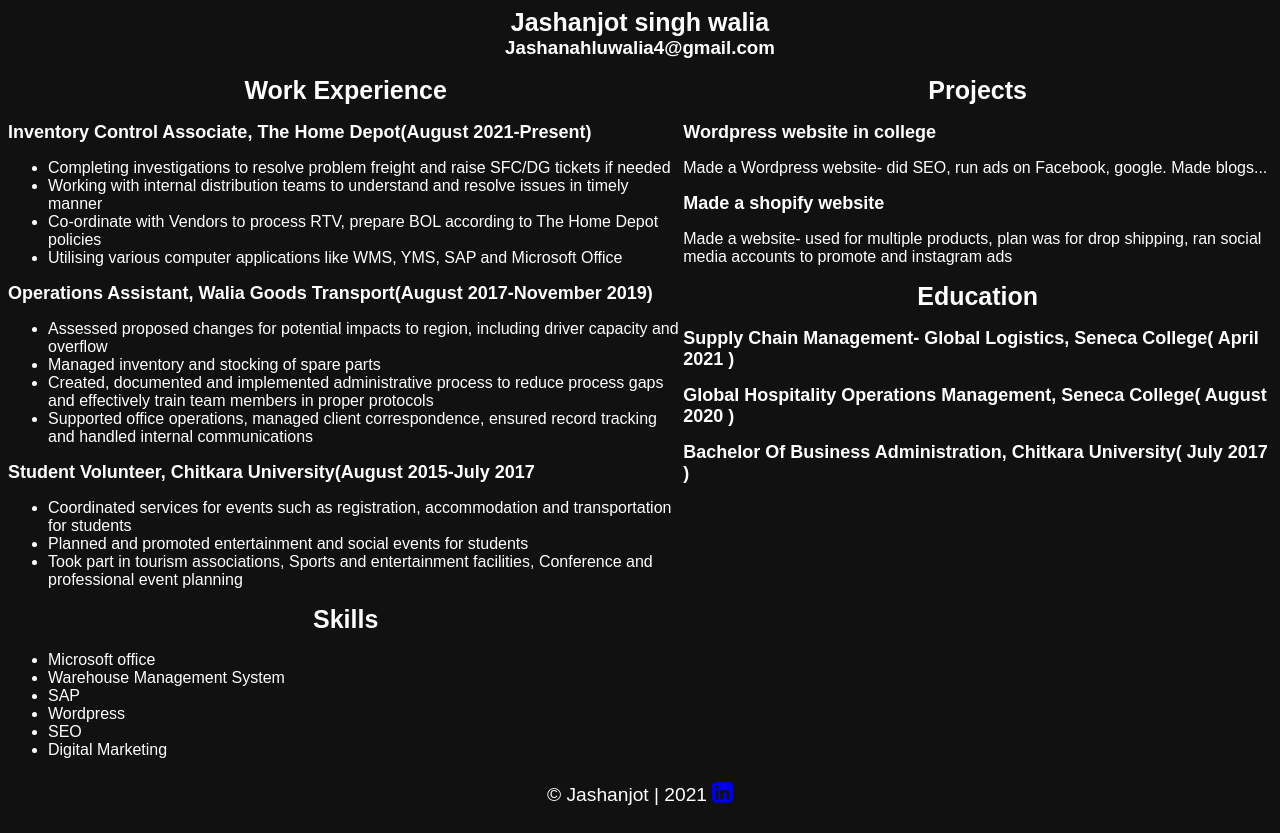
Repository: jashn13/portfolio
Page: index.html
An editor plug-in stored every save of this project. The page is shown before and after the next save, followed by the edit.
The browser window is 1280 px wide. The pictures show the whole page.

Above is the page before, as saved 2021-11-13 08:37:56.

### index.html
<!DOCTYPE html>
<html>
  <head>
    <link
      rel="stylesheet"
      href="https://cdnjs.cloudflare.com/ajax/libs/font-awesome/4.7.0/css/font-awesome.min.css"
    />
    <style>
      .heading {
        margin: auto;
        text-align: center;
      }
      h1 {
        text-align: center;
        font-size: 25px;
      }
      h2 {
        text-align: left;
        font-size: 18px;
      }

      body {
        font-family: Arial;
        color: white;
        background-color: #111;
      }

      .centered {
        position: absolute;
        top: 50%;
        left: 50%;
        transform: translate(-50%, -50%);
        text-align: center;
      }
      footer {
        position: relative;

        height: 50px;
        width: 100%;
      }

      p.copyright {
        position: absolute;
        width: 100%;
        color: #fff;
        font-size: 1.2em;
        text-align: center;
        bottom: 0;
      }
    </style>
  </head>
  <body>
    <h1 class="heading">Jashanjot singh walia</h1>
    <h3 class="heading">Jashanahluwalia4@gmail.com</h3>
    <div style="display: flex;">
      <div class="split left">
        <h1>Work Experience</h1>
        <h2>
          Inventory Control Associate, The Home Depot(August 2021-Present)
        </h2>
        <ul>
          <li>
            Completing investigations to resolve problem freight and raise
            SFC/DG tickets if needed
          </li>
          <li>
            Working with internal distribution teams to understand and resolve
            issues in timely manner
          </li>
          <li>
            Co-ordinate with Vendors to process RTV, prepare BOL according to
            The Home Depot policies
          </li>
          <li>
            Utilising various computer applications like WMS, YMS, SAP and
            Microsoft Office
          </li>
        </ul>
        <h2>
          Operations Assistant, Walia Goods Transport(August 2017-November 2019)
        </h2>
        <ul>
          <li>
            Assessed proposed changes for potential impacts to region, including
            driver capacity and overflow
          </li>
          <li>Managed inventory and stocking of spare parts</li>
          <li>
            Created, documented and implemented administrative process to reduce
            process gaps and effectively train team members in proper protocols
          </li>
          <li>
            Supported office operations, managed client correspondence, ensured
            record tracking and handled internal communications
          </li>
        </ul>

        <h2>Student Volunteer, Chitkara University(August 2015-July 2017</h2>
        <ul>
          <li>
            Coordinated services for events such as registration, accommodation
            and transportation for students
          </li>
          <li>
            Planned and promoted entertainment and social events for students
          </li>
          <li>
            Took part in tourism associations, Sports and entertainment
            facilities, Conference and professional event planning
          </li>
        </ul>
        <h1>Skills</h1>
        <ul>
          <li>Microsoft office</li>
          <li>Warehouse Management System</li>
          <li>SAP</li>
          <li>Wordpress</li>
          <li>SEO</li>
          <li>Digital Marketing</li>
        </ul>
      </div>

      <div class="split right">
        <h1>Projects</h1>
        <h2>Wordpress website in college</h2>
        <p>
          Made a Wordpress website- did SEO, run ads on Facebook, google. Made
          blogs...
        </p>
        <h2>Made a shopify website</h2>
        <p>
          Made a website- used for multiple products, plan was for drop
          shipping, ran social media accounts to promote and instagram ads
        </p>
        <h1>Education</h1>
        <h2>
          Supply Chain Management- Global Logistics, Seneca College( April 2021
          )
        </h2>
        <h2>
          Global Hospitality Operations Management, Seneca College( August 2020
          )
        </h2>
        <h2>
          Bachelor Of Business Administration, Chitkara University( July 2017 )
        </h2>
      </div>
    </div>
    <footer>
      <p class="copyright">
        © Jashanjot | 2021
        <a href="https://linkedin.com/in/jashanjot-singh-walia" target="_blank"
          ><i
            class="fa fa-linkedin-square"
            style="font-size:24px;cursor: icon;"
          ></i
        ></a>
      </p>
    </footer>
  </body>
</html>

After the next save:
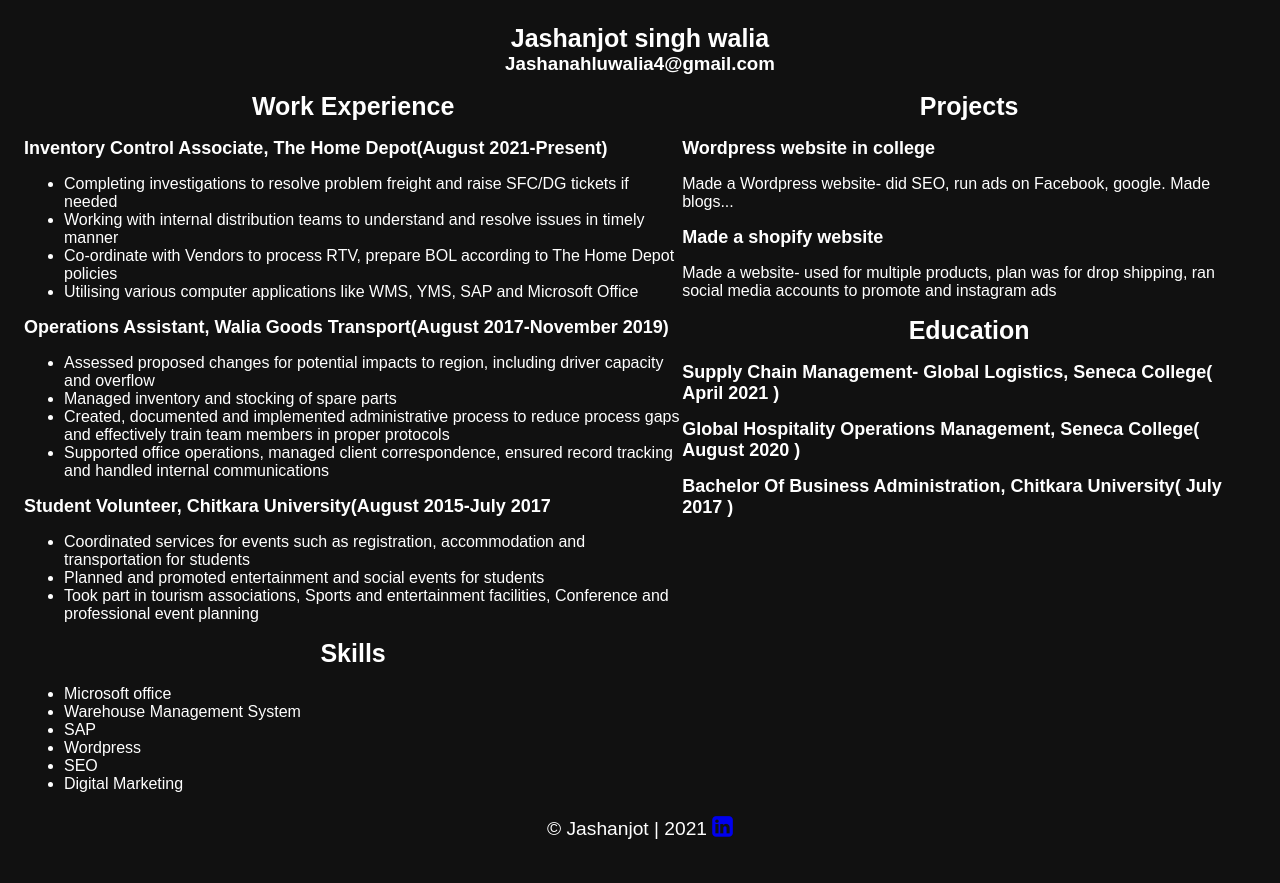
Saved 46 s later.
--- a/index.html
+++ b/index.html
@@ -20,6 +20,7 @@
       }
 
       body {
+        margin: 24px;
         font-family: Arial;
         color: white;
         background-color: #111;
